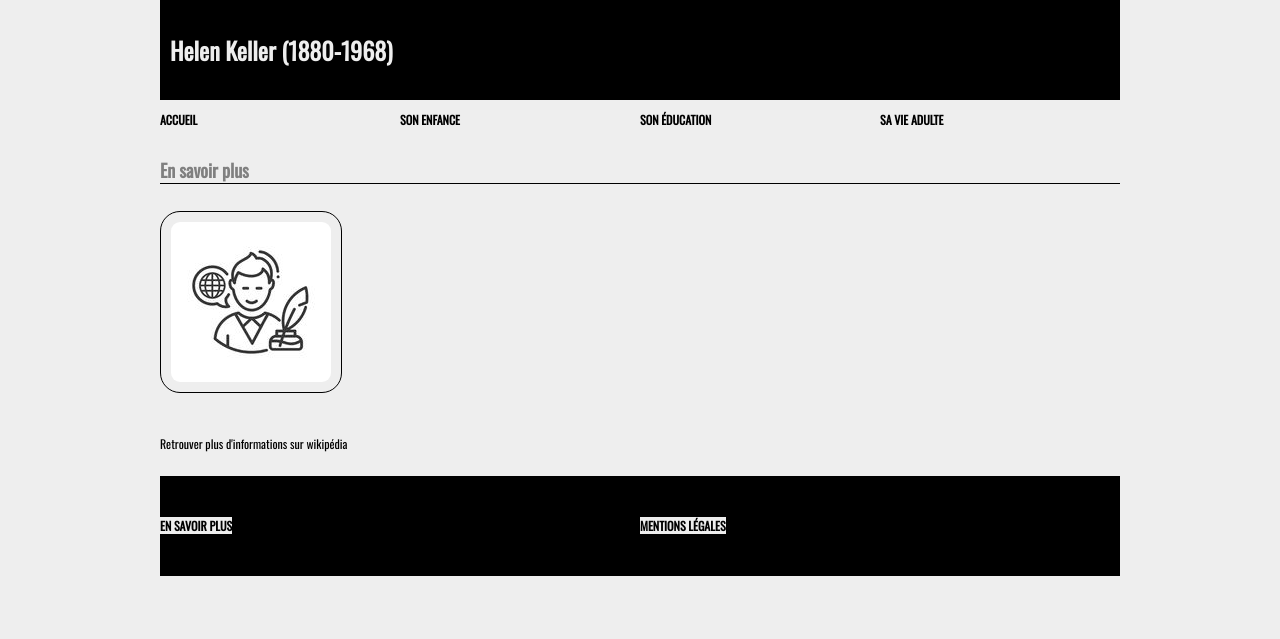
Repository: Luc010/Exercices
Page: HTML CSS/biographie_helen_keller/savoirplus.html
An editor plug-in stored every save of this project. The page is shown before and after the next save, followed by the edit.
The browser window is 1280 px wide. The pictures show the whole page.

Above is the page before, as saved 2019-09-04 16:24:34.

After the next save:
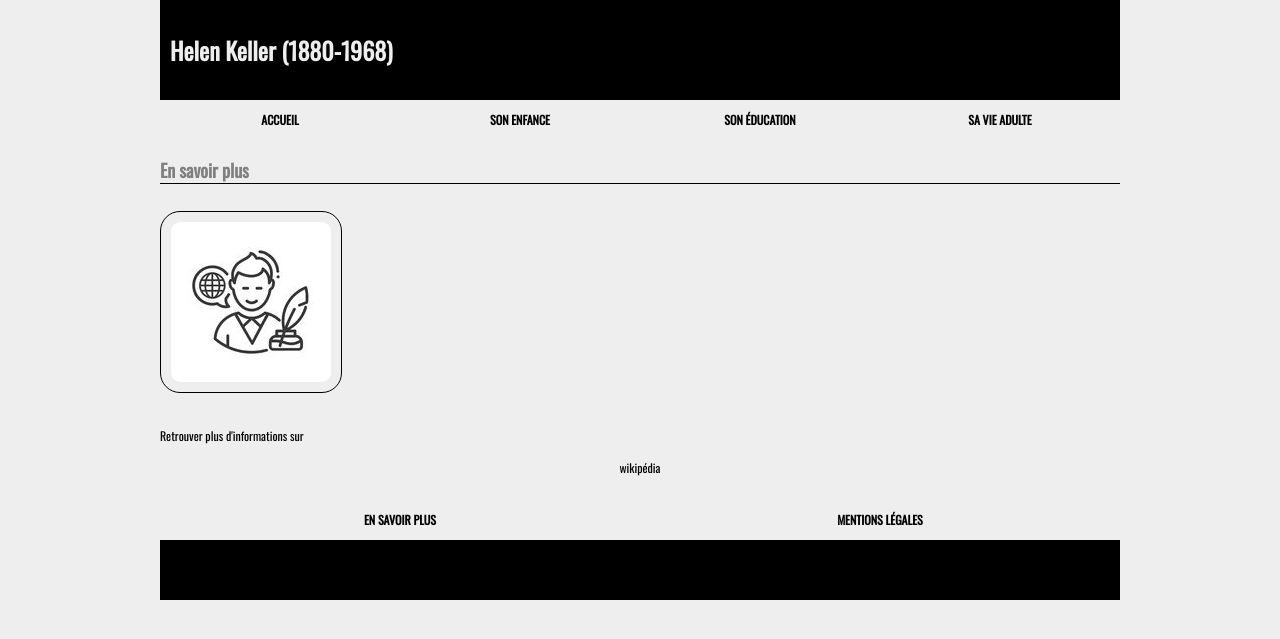
Saved 4 s later.
--- a/HTML CSS/biographie_helen_keller/style.css
+++ b/HTML CSS/biographie_helen_keller/style.css
@@ -65,7 +65,7 @@ li {
 a {
     color: black;
     text-decoration: none;
-    margin-right: 20px;
+    display: block;
     height: 40px;
     line-height: 40px;
     text-align: center;
